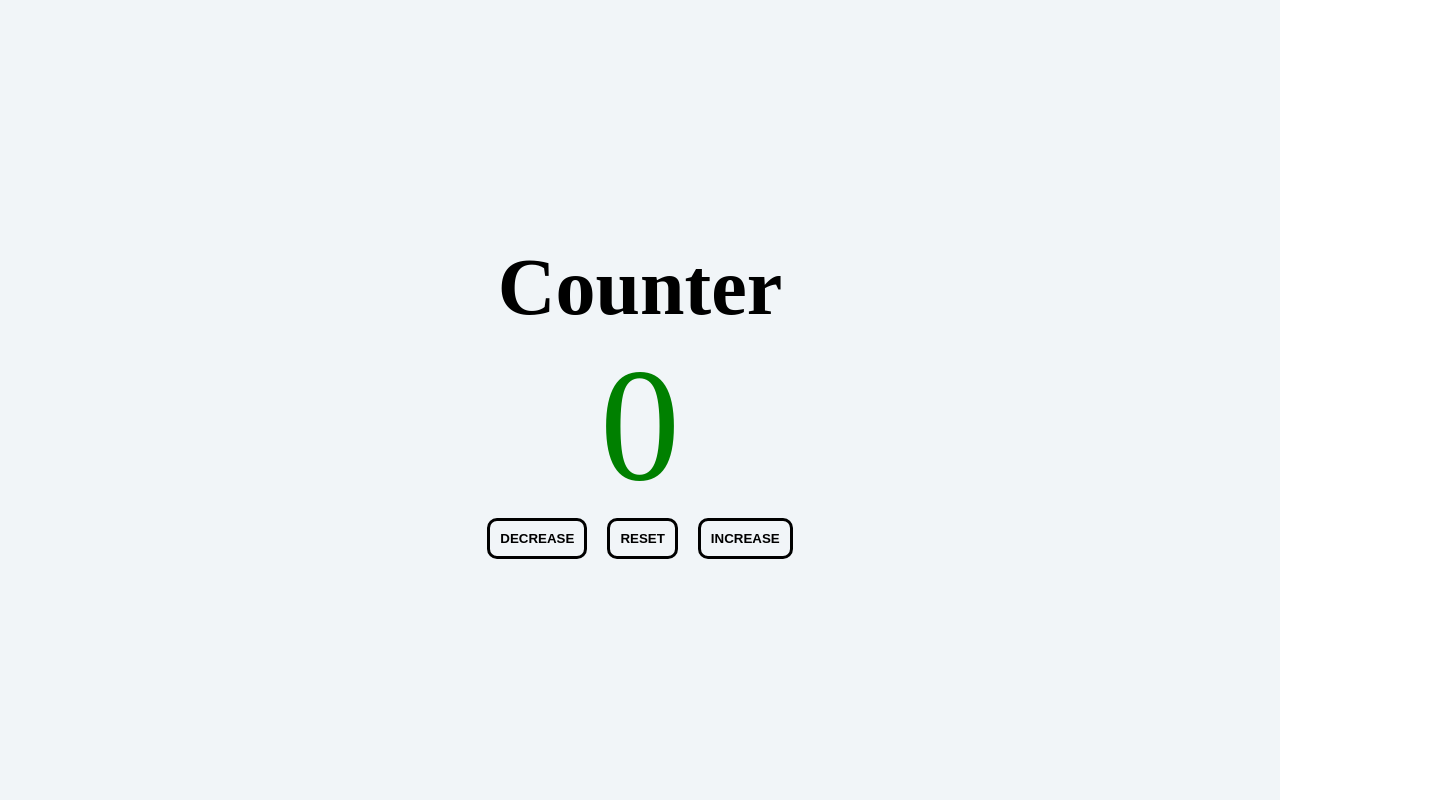
Repository: imokha01/createCounter
Page: index.html
An editor plug-in stored every save of this project. The page is shown before and after the next save, followed by the edit.
The browser window is 1280 px wide. The page is 1280 px wide, then 1440 px, so the pictures cover 1440 px, including what lies to the right of the window. The pictures show the whole page.

Above is the page before, as saved 2024-01-17 17:12:05.

### index.html
<!DOCTYPE html>
<html lang="en">
  <head>
    <meta charset="UTF-8" />
    <meta name="viewport" content="width=device-width, initial-scale=1.0" />
    <link rel="stylesheet" href="style.css" />
    <title>Document</title>
  </head>
  <body>
    <div class="main">
      <h1>Counter</h1>
      <div id="countDisplay" value="0">0</div>
      <div class="controls">
        <button id="decrease">DECREASE</button>
        <button id="reset">RESET</button>
        <button id="increase">INCREASE</button>
      </div>
    </div>
    <script src="./index.js"></script>
  </body>
</html>

### style.css
* {
    margin: 0;
    padding: 0;
    box-sizing: border-box;
}

body {
    overflow: hidden    ;
}

.main {
    display: flex;
    flex-direction: column;
    justify-content: center;
    align-items: center;
    background-color: #f1f5f8;
    width: 80rem;
    height: 50rem;
}

h1 {
    font-size: 5rem;
}

#countDisplay {
    color: green;
    font-size: 10rem;

}

.controls {
    display: flex;
    gap: 20px;
}

.controls > button {
    padding: 10px;
    border: 3px solid black;
    border-radius: 10px;
    font-weight: 700;
    background-color: transparent;
    cursor: pointer;
}

Loaded but not shown: index.js (no copy from this time; the picture is the same without it)

After the next save:
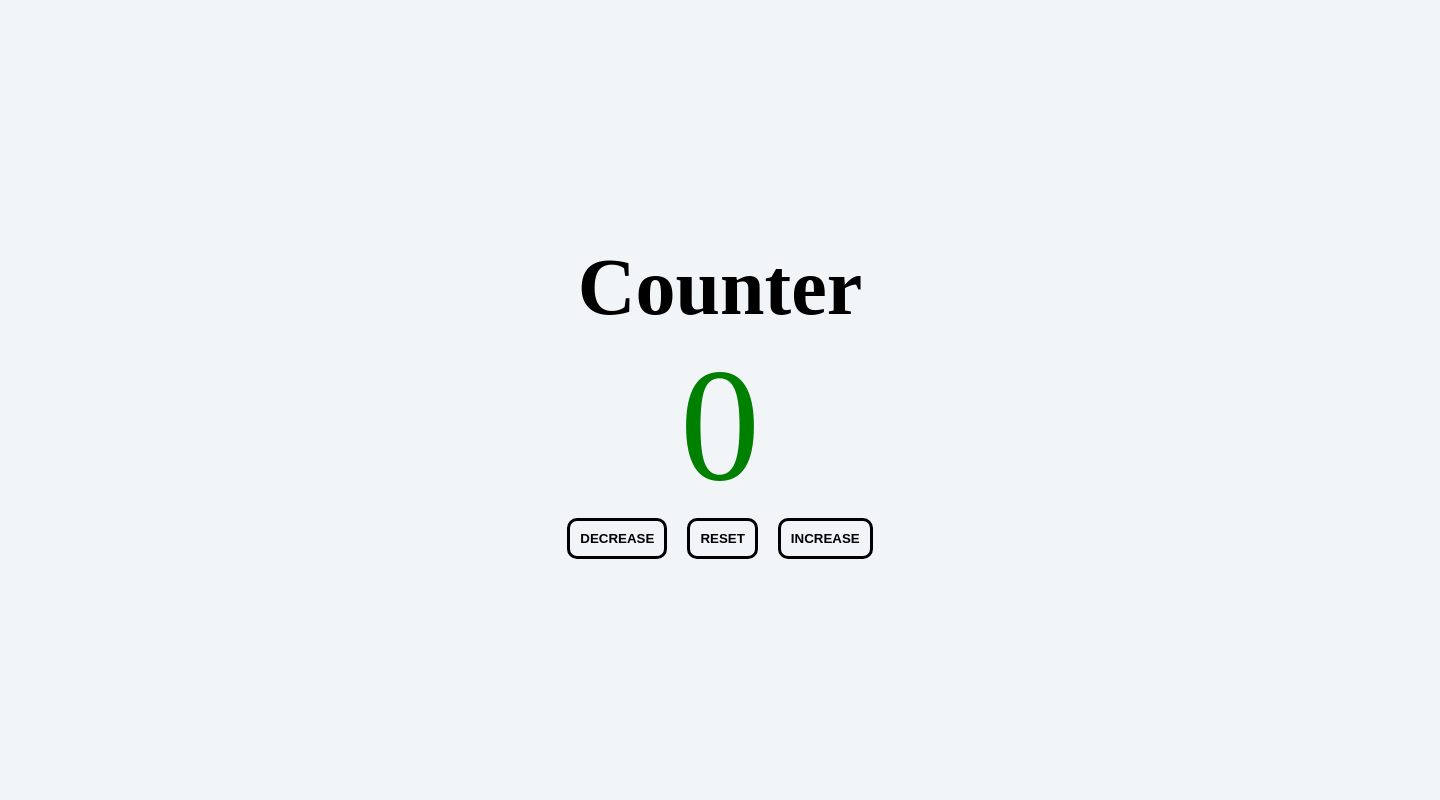
Saved 4 s later.
--- a/style.css
+++ b/style.css
@@ -14,7 +14,7 @@ body {
     justify-content: center;
     align-items: center;
     background-color: #f1f5f8;
-    width: 80rem;
+    width: 90rem;
     height: 50rem;
 }
 
